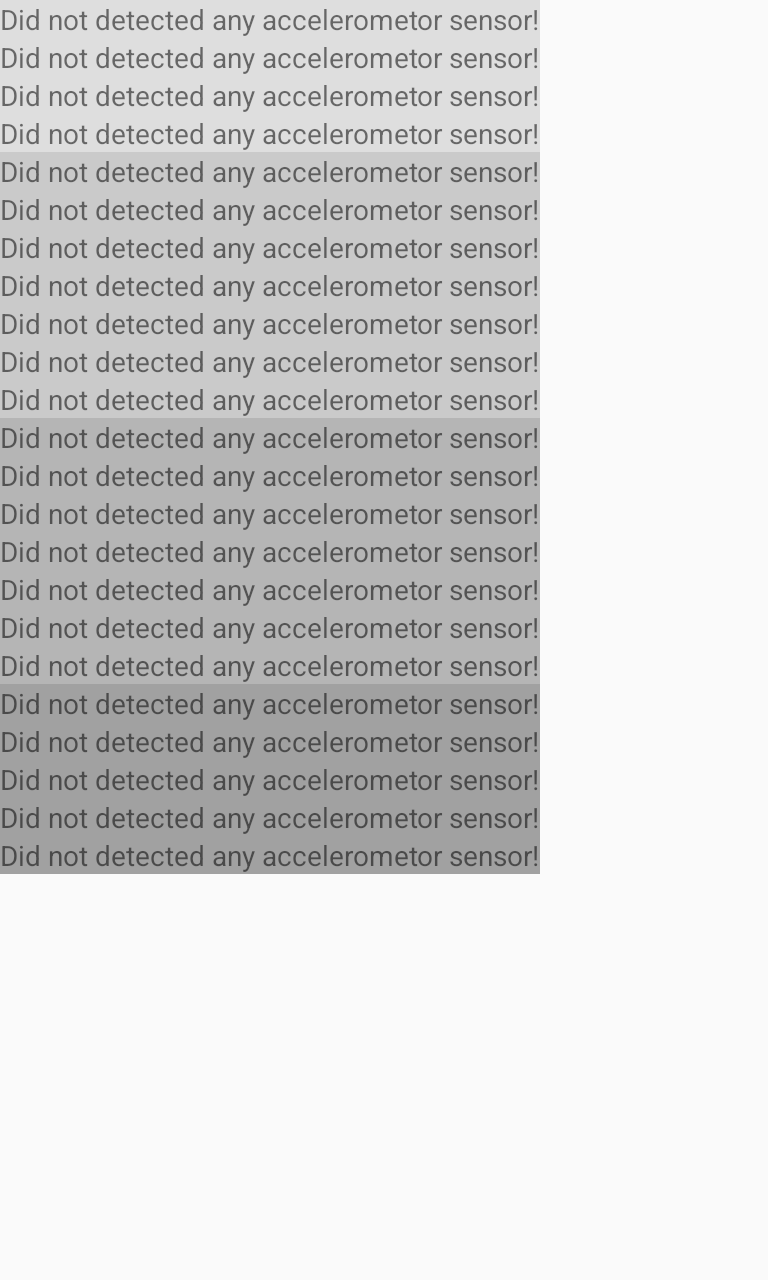
Repository: deyan-yosifov/Android
Layout: Workspace/BouncingBallGame/res/layout/activity_accelerometer_monitor.xml
An editor plug-in stored every save of this project. The layout is shown before and after the next save, followed by the edit.
It is drawn on a 768 x 1280 px phone screen (xhdpi) without system bars, with theme AppTheme; the app's code is not run.

Above is the layout before, as saved 2015-01-04 09:51:40.

After the next save:
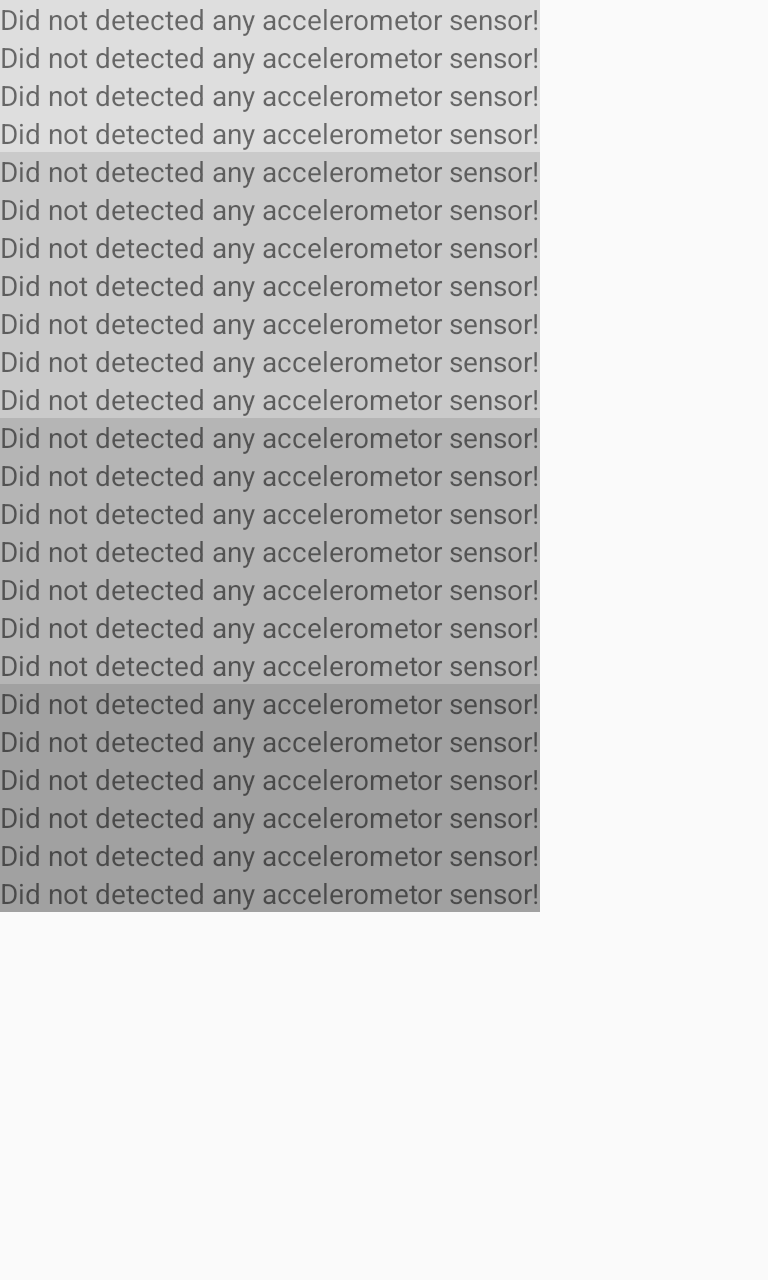
Saved 16 min 29 s later.
--- a/Workspace/BouncingBallGame/res/layout/activity_accelerometer_monitor.xml
+++ b/Workspace/BouncingBallGame/res/layout/activity_accelerometer_monitor.xml
@@ -153,6 +153,12 @@
 	    <TextView
 	        android:layout_width="wrap_content"
 	        android:layout_height="wrap_content"
+	        android:id="@+id/currentTime_textView"
+	        android:text="@string/no_accelerometer_found" />
+
+	    <TextView
+	        android:layout_width="wrap_content"
+	        android:layout_height="wrap_content"
 	        android:id="@+id/currentDeltaTime_textView"
 	        android:text="@string/no_accelerometer_found" />
 
